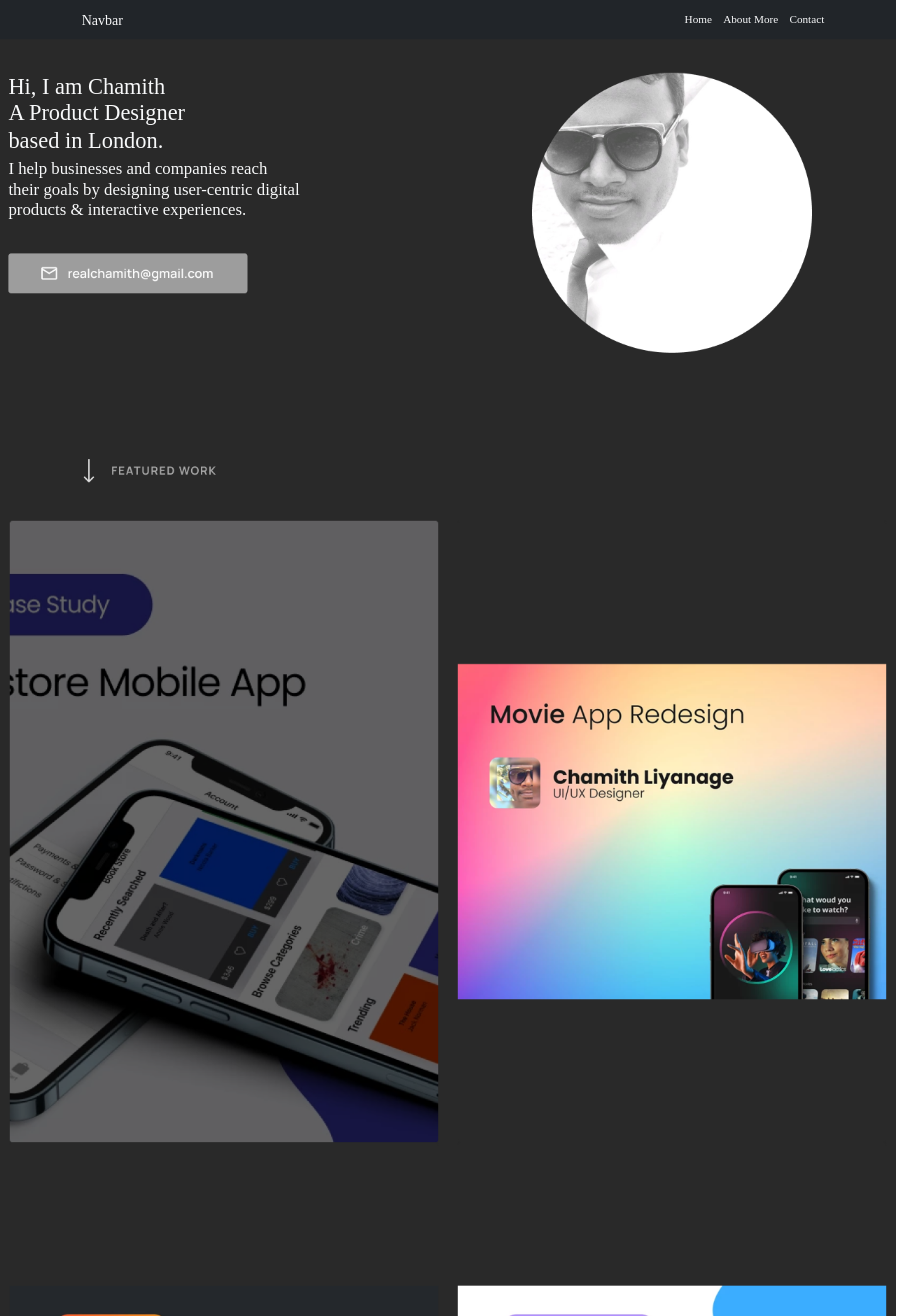
Repository: Realchamithweb/chamith-html
Page: index.html
The author's editor kept a copy of each file at every save. The page is drawn from the files as they stood at one save, then again after the next save.
The browser window is 1280 px wide. The page is 1292 px wide, so the pictures cover 1292 px, including what lies to the right of the window. The pictures show the part of the page from y = 0 to 1880 px (the page is 4129 px tall), at 70% of full size.

Above is the page before, as saved 2023-01-04 12:15:20.

After the next save:
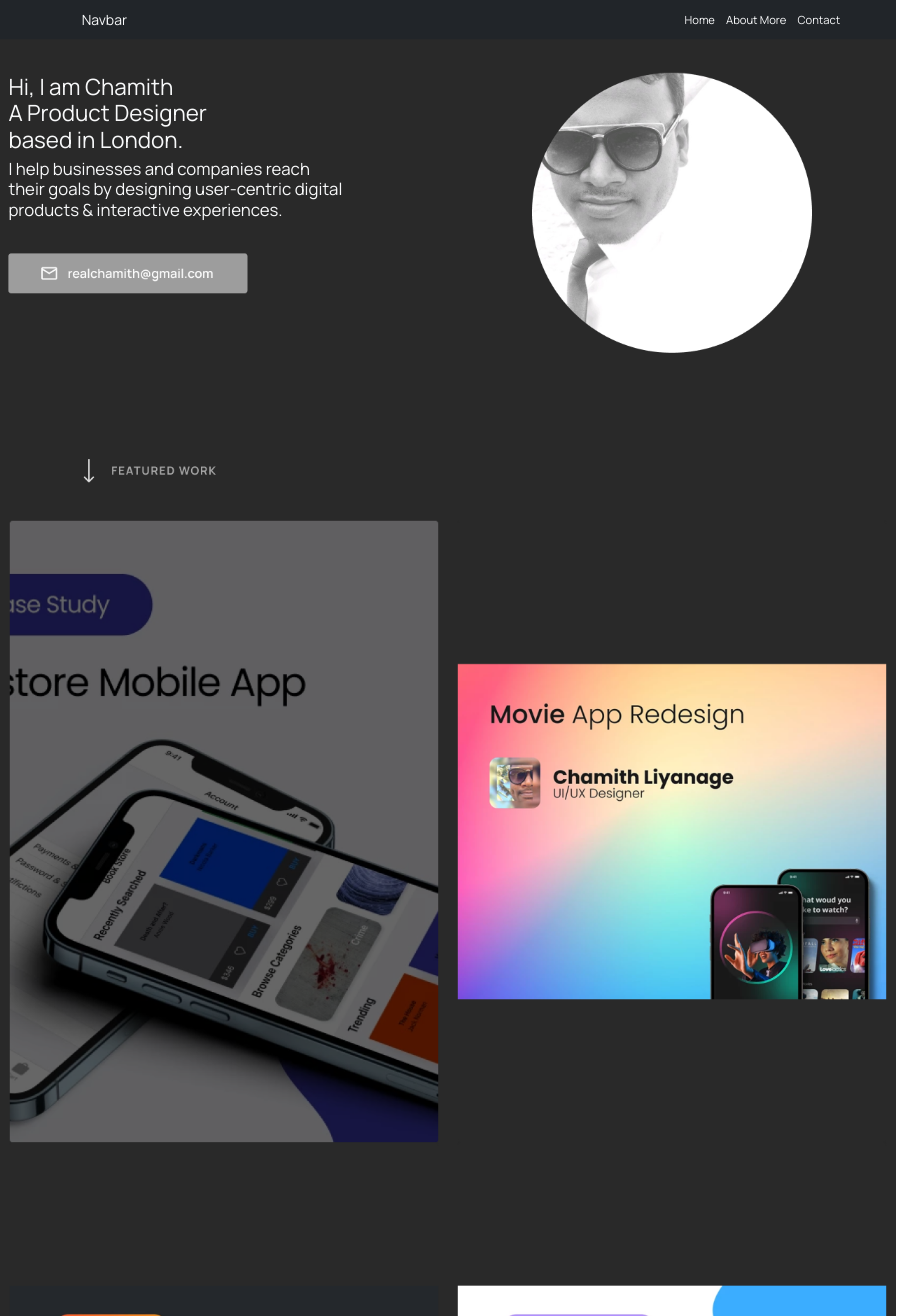
Saved 8 s later.
--- a/css/style.css
+++ b/css/style.css
@@ -1,6 +1,6 @@
 .main{
     background-color: #292929;
-    font-family: 'Font Name', serif;
+    font-family: 'Manrope', serif;
 
 }
 
